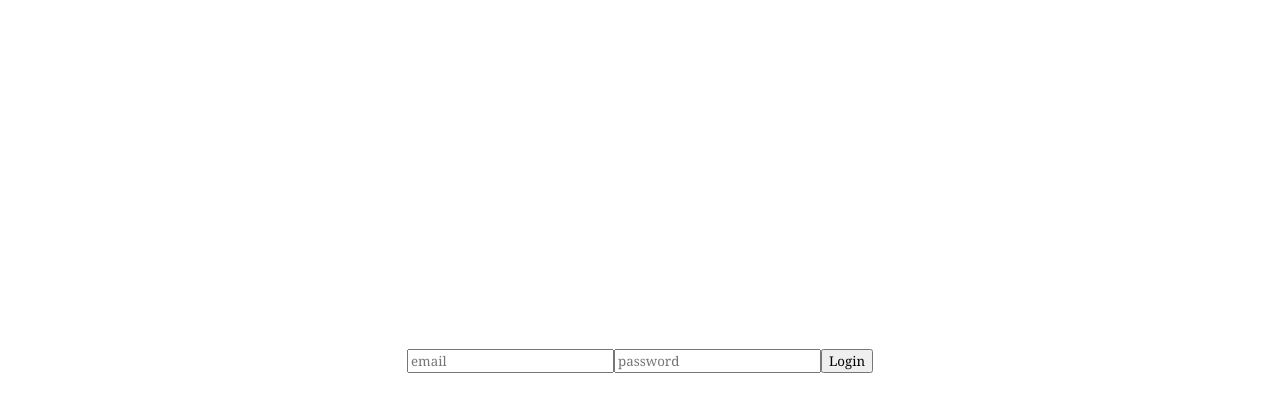
Repository: h-tko/tasklist_nuxt
Page: /
An editor plug-in stored every save of this project. The page is shown before and after the next save, followed by the edit.
The browser window is 1280 px wide. The pictures show the whole page.
The project was rebuilt for these pictures with package versions that can differ from the ones it lists, and the page was loaded fresh each time. The framework's server and built-in components were replaced by stand-ins that run in the browser. Also part of the build but not shown: nuxt.config.js.

Above is the page before, as saved 2018-09-28 16:00:10.

After the next save:
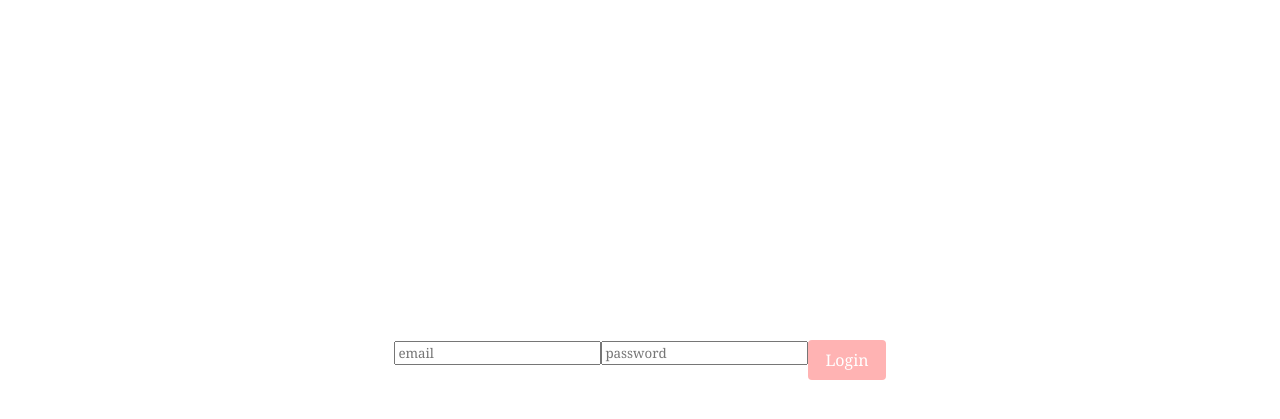
Saved 60 s later.
--- a/pages/index.vue
+++ b/pages/index.vue
@@ -3,7 +3,7 @@
     <div>
       <input type="text" placeholder="email" v-model="email">
       <input type="password" placeholder="password" v-model="password">
-      <button type="button" @click="login">Login</button>
+      <button class="button is-primary" type="button" @click="login">Login</button>
     </div>
   </section>
 </template>
